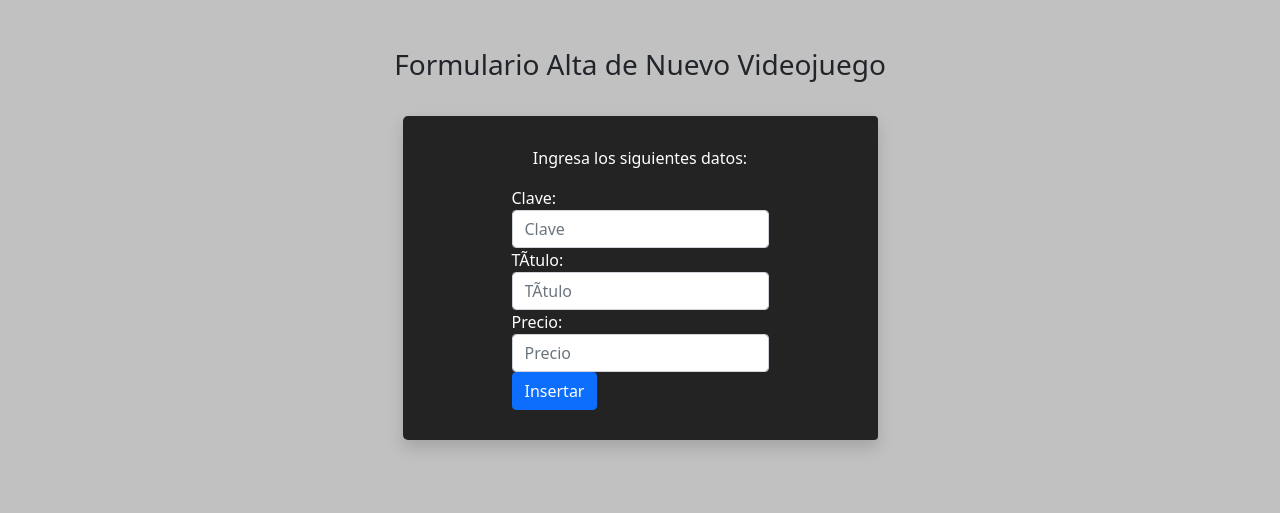
Repository: Jatziri16/JavaEE
Page: http://localhost/TiendaVideojuegos/FormularioInsertarVideojuego.jsp
An editor plug-in stored every save of this project. The page is shown before and after the next save, followed by the edit.
The browser window is 1280 px wide. The pictures show the whole page.
The page is served by Tomcat 9. Other server files are loaded and not shown.

Above is the page before, as saved 2023-12-06 03:33:36.

### TiendaVideojuegos/src/main/webapp/FormularioInsertarVideojuego.jsp
<!DOCTYPE html>
<html>
<head>
	<meta charset="UTF-8">
	<title>Formulario Alta Videojuego</title>
	<link rel=stylesheet href="css/style.css" type="text/css">
	<!-- Bootstrap -->
 		<link href="https://cdn.jsdelivr.net/npm/bootstrap@5.1.3/dist/css/bootstrap.min.css" rel="stylesheet" integrity="sha384-1BmE4kWBq78iYhFldvKuhfTAU6auU8tT94WrHftjDbrCEXSU1oBoqyl2QvZ6jIW3" crossorigin="anonymous">
	<script type="text/javascript" src="js/validaciones_vid.js"></script>
</head>
<!-- <body>
	<h1>Formulario Alta de nuevo Videojuego</h1>
	<form>
		Clave:
		<input type="text" name="cve"><br><br>
		Título:
		<input type="text" name="titulo"><br><br>
		Precio:
		<input type="text" name="precio"><br><br>
		<input type="button" value="insertar"><br><br>
	</form>
</body> -->
<body style='background-color: rgba(50, 50, 50, 0.3);'>
		<div id="fondo">
			<h3 class="text-center mt-5 mb-1">Formulario Alta de Nuevo Videojuego</h3>
			<div class="container rounded-3 contenedor">
				<div class="row align-items-stretch justify-content-center">
					<div class="login-container  col-7 col-sm-6 col-md-5 col-xl-5 rounded-end shadow">
						<p class="text-center">Ingresa los siguientes datos:</p>
						<div class="centrar">
							<!-- FORM -->
							<form>
								<label for="clave">Clave:</label>
								<input class="form-control" type="text" placeholder="Clave" name="cve" id="clave">

								<label for="titulo">Título:</label>
								<input class="form-control" type="text" placeholder="Título" name="titulo" id="titulo">

								<label for="precio">Precio:</label>
								<input class="form-control" type="text" placeholder="Precio" name="precio" id="precio">

								<button class="btn btn-primary" onclick="validarForms()" type="button">Insertar</button>
							</form>
						</div>
					</div>
				</div>
			</div>
		</div>
	</body>
</html>

### TiendaVideojuegos/src/main/webapp/css/style.css
body
{
	background-color: gray;
}
h1
{
	text-align: center;
}
.contenedor {
    padding: 30px 0;
}

.centrar
{
display: flex;
  justify-content: center;
    /* margin: 0 auto; */
}
.centrar-2
{
	margin: 0 auto;
}
.invalido {
	margin-top: 5px;
    font-size: 80%;
}

.login-container {
    /* background-image: linear-gradient(rgba(0, 0, 0, 0.5), rgba(0, 0, 0, 0.5)), url(../../../../assets/imgs/login-bg.png); */
    background-size: cover;
    background-color: rgba(20, 20, 20, 0.908);
	border-radius: 5px;
    padding: 30px 50px;
    color: white;
}
.warning-container
{
	background-size: cover;
    background-color: red;
	border-radius: 5px;
    padding: 30px 50px;
    color: white;
}
.button {
  background-color: transparent; /* Green */
  border: none;
  padding: 5px 0;
  width: 100%;
  text-align: center;
  text-decoration: none;
  display: inline-block;
  font-size: 16px;
  margin: 4px 2px;
  transition-duration: 0.4s;
  cursor: pointer;
  border-radius: 8px;
}

.btn-insertar {
  color: white;
  border: 2px solid #4CAF50;
}
.btn-actualizar {
  color: white;
  border: 2px solid #db752d;
}
.btn-cancelar {
  color: white;
  border: 2px solid #474747;
}

.btn-insertar:hover {
  background-color: #4CAF50;
  color: white;
}
.btn-actualizar:hover {
  background-color: #db752d;
  color: white;
}
.btn-cancelar:hover {
  background-color: #474747;
  color: white;
}

/*input {
	border: 1px solid red;
}*/

### TiendaVideojuegos/src/main/webapp/js/validaciones_vid.js
function validarForms()
{
	console.log("ENTRO A validarForms()")
	let clave = document.getElementById("clave").value;
	let titulo = document.getElementById("titulo").value;
	let precio = document.getElementById("precio").value;

	if(clave == "" || titulo == "" || precio == "") {
		setWarnsMsj();
	}
	else
	{
		alert("\ntitulo = "+titulo+"\nprecio = "+precio+"\nclave = "+clave)
	}
}

function setWarnsMsj()
{
    alert("Todos los campos son obligatorios")
}

After the next save:
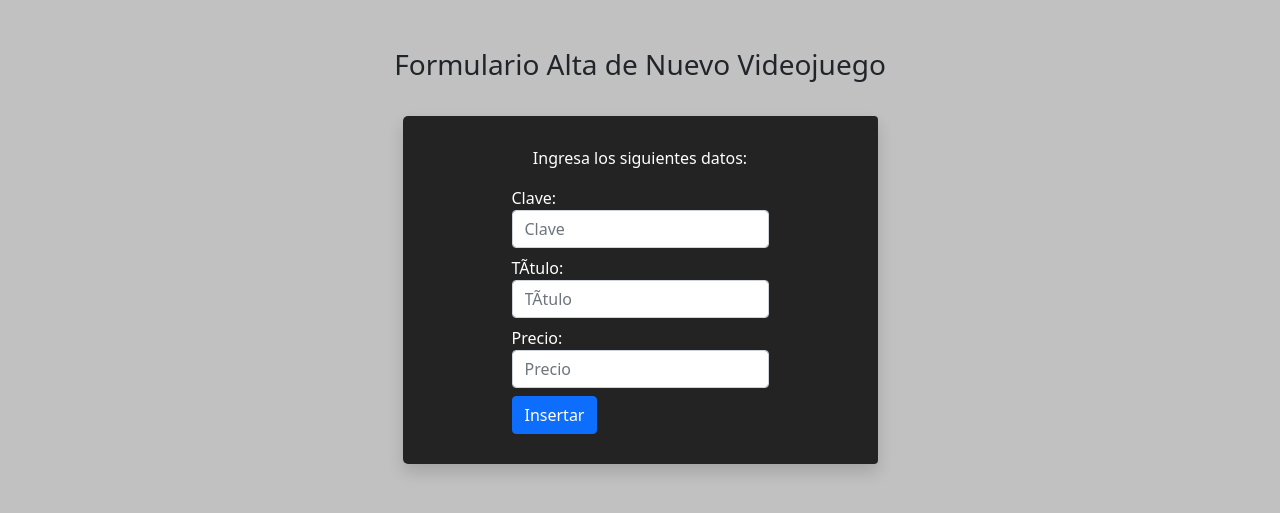
Saved 17 s later.
--- a/TiendaVideojuegos/src/main/webapp/FormularioInsertarVideojuego.jsp
+++ b/TiendaVideojuegos/src/main/webapp/FormularioInsertarVideojuego.jsp
@@ -31,13 +31,13 @@
 							<!-- FORM -->
 							<form>
 								<label for="clave">Clave:</label>
-								<input class="form-control" type="text" placeholder="Clave" name="cve" id="clave">
+								<input class="form-control mb-2" type="text" placeholder="Clave" name="cve" id="clave">
 
 								<label for="titulo">Título:</label>
-								<input class="form-control" type="text" placeholder="Título" name="titulo" id="titulo">
+								<input class="form-control mb-2" type="text" placeholder="Título" name="titulo" id="titulo">
 
 								<label for="precio">Precio:</label>
-								<input class="form-control" type="text" placeholder="Precio" name="precio" id="precio">
+								<input class="form-control mb-2" type="text" placeholder="Precio" name="precio" id="precio">
 
 								<button class="btn btn-primary" onclick="validarForms()" type="button">Insertar</button>
 							</form>
